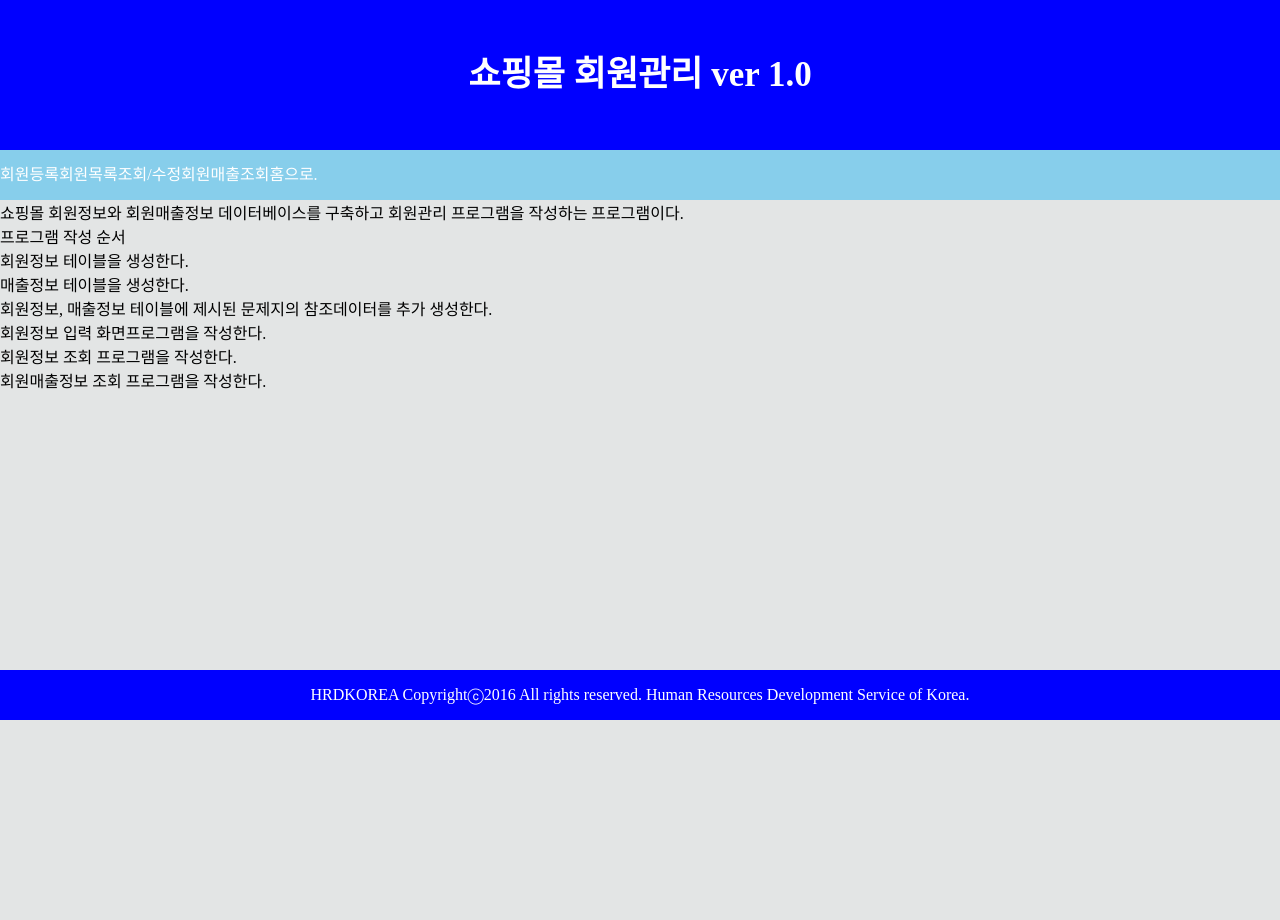
Repository: kayeunae/mvc-pattern
Page: http://localhost/HRD_1234/
These files come from the project's save history. The page is drawn as it stood at one moment and after the next save; the edit follows.
The browser window is 1280 px wide. The pictures show the whole page.
The page is served by Tomcat 9. Other server files are loaded and not shown.

Above is the page before, as saved 2022-12-19 05:47:02.

### HRD_1234/src/main/webapp/index.jsp
<%@ page language="java" contentType="text/html; charset=UTF-8"
    pageEncoding="UTF-8"%>
<!DOCTYPE html>
<html>
<head>
<meta charset="UTF-8">
<title>Insert title here</title>
<link rel="stylesheet" href="style.css">
</head>
<body>
	<%@ include file="topmenu.jsp" %>
	<section>
		쇼핑몰 회원정보와 회원매출정보 데이터베이스를 구축하고 회원관리 프로그램을 작성하는 프로그램이다.<br>
		프로그램 작성 순서<br>
		<ol>
			<li>회원정보 테이블을 생성한다.</li>
			<li>매출정보 테이블을 생성한다.</li>
			<li>회원정보, 매출정보 테이블에 제시된 문제지의 참조데이터를 추가 생성한다.</li>
			<li>회원정보 입력 화면프로그램을 작성한다.</li>
			<li>회원정보 조회 프로그램을 작성한다.</li>
			<li>회원매출정보 조회 프로그램을 작성한다.</li>
		</ol>
	</section>
	<%@ include file="footer.jsp" %>
</body>
</html>

### HRD_1234/src/main/webapp/topmenu.jsp
<%@ page language="java" contentType="text/html; charset=UTF-8"
    pageEncoding="UTF-8"%>
<!DOCTYPE html>
<html>
<head>
<meta charset="UTF-8">
<title>Insert title here</title>
</head>
<body>
	<header>쇼핑몰 회원관리 ver 1.0</header>
	<nav>
		<ul>
			<li><a href="add">회원등록</a></li>
			<li><a href="add">회원목록조회/수정</a></li>
			<li><a href="add">회원매출조회</a></li>
			<li><a href="add">홈으로.</a></li>
		</ul>
	</nav>
</body>
</html>

### HRD_1234/src/main/webapp/footer.jsp
<%@ page language="java" contentType="text/html; charset=UTF-8"
    pageEncoding="UTF-8"%>
<!DOCTYPE html>
<html>
<head>
<meta charset="UTF-8">
<title>Insert title here</title>
</head>
<body>
	<footer>
		HRDKOREA Copyrightⓒ2016 All rights reserved. Human Resources Development Service of Korea.
	</footer>
</body>
</html>

### HRD_1234/src/main/webapp/style.css
@charset "UTF-8";

/*초기화 코드*/
* {
	margin: 0;
	padding: 0;
}

header{
	top: 0;
	height: 150px;
	line-height: 150px;
	width: 100%;
	background: blue;
	text-align: center;
	font-size: 35px;
	font-weight: 900;
	color: #fff;
}

nav ul{
	height: 50px;
	line-height: 50px;
	width: 100%;
	background: skyblue;
	overflow: hidden;
}

nav ul li {
	/* 수직 정렬 */
	float: left;
	list-style: none;
	/*양 옆에 10px 여백*/
	padding: 0, 10px;
}

a{
	text-decoration: none;
	color: #fff;
}

/*
a:hover{
	cursor: pointer;
}
*/

section{
	position: absolute;
	overflow: auto;
	width: 100%;
	height:100%;
	background: #e3e5e5;
}

footer{
	position: fixed;
	bottom: 0;
	width: 100%;
	height: 50px;
	line-height: 50px;
	text-align: center;
	background: blue;
	color: white;
}

After the next save:
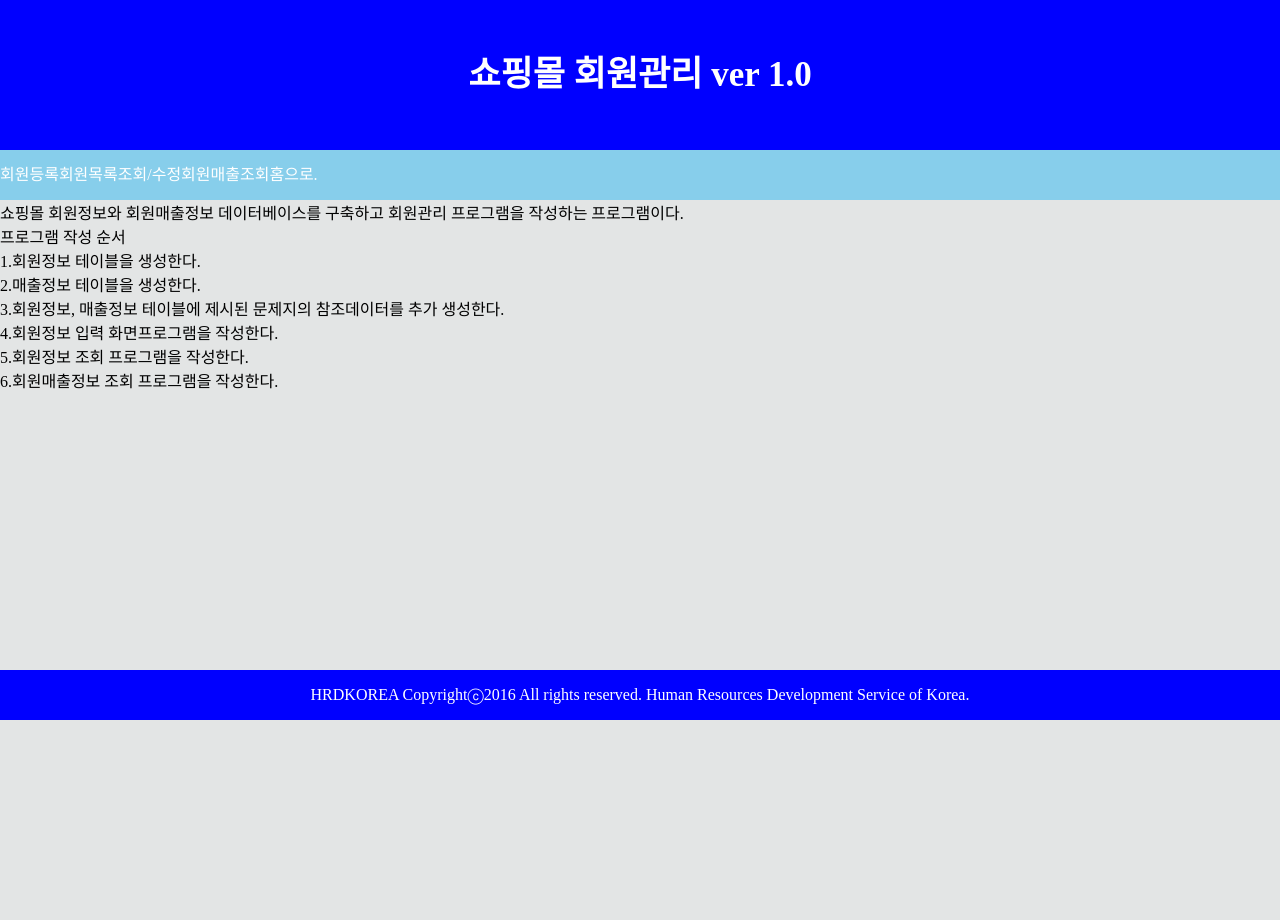
Saved 74 s later.
--- a/HRD_1234/src/main/webapp/index.jsp
+++ b/HRD_1234/src/main/webapp/index.jsp
@@ -13,12 +13,12 @@
 		쇼핑몰 회원정보와 회원매출정보 데이터베이스를 구축하고 회원관리 프로그램을 작성하는 프로그램이다.<br>
 		프로그램 작성 순서<br>
 		<ol>
-			<li>회원정보 테이블을 생성한다.</li>
-			<li>매출정보 테이블을 생성한다.</li>
-			<li>회원정보, 매출정보 테이블에 제시된 문제지의 참조데이터를 추가 생성한다.</li>
-			<li>회원정보 입력 화면프로그램을 작성한다.</li>
-			<li>회원정보 조회 프로그램을 작성한다.</li>
-			<li>회원매출정보 조회 프로그램을 작성한다.</li>
+			<li>1.회원정보 테이블을 생성한다.</li>
+			<li>2.매출정보 테이블을 생성한다.</li>
+			<li>3.회원정보, 매출정보 테이블에 제시된 문제지의 참조데이터를 추가 생성한다.</li>
+			<li>4.회원정보 입력 화면프로그램을 작성한다.</li>
+			<li>5.회원정보 조회 프로그램을 작성한다.</li>
+			<li>6.회원매출정보 조회 프로그램을 작성한다.</li>
 		</ol>
 	</section>
 	<%@ include file="footer.jsp" %>
